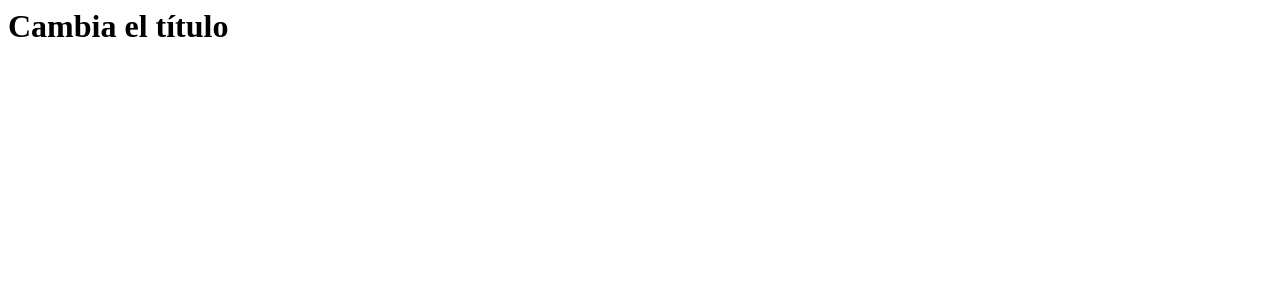
Repository: raquelgm88/cocktail-finder
Page: src/html/partials/header.html
An editor plug-in stored every save of this project. The page is shown before and after the next save, followed by the edit.
The browser window is 1280 px wide. The pictures show the whole page.

Above is the page before, as saved 2023-02-27 12:46:17.

After the next save:
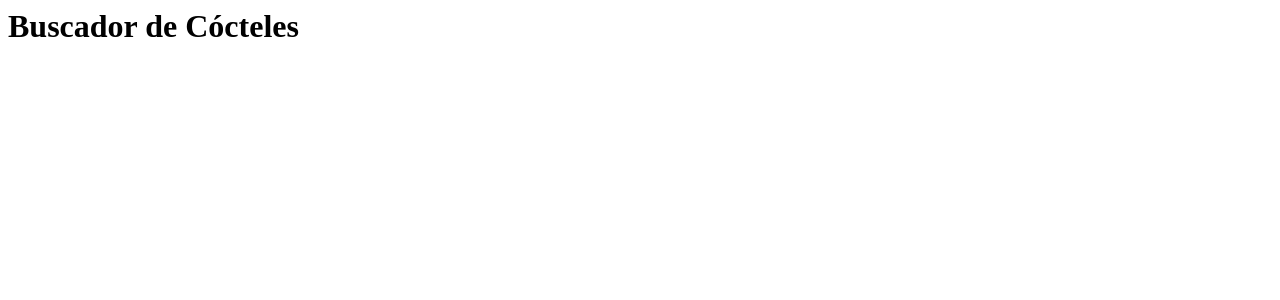
Saved 59 s later.
--- a/src/html/partials/header.html
+++ b/src/html/partials/header.html
@@ -1,3 +1,3 @@
 <header class="header">
-  <h1>Cambia el título</h1>
+  <h1>Buscador de Cócteles</h1>
 </header>
